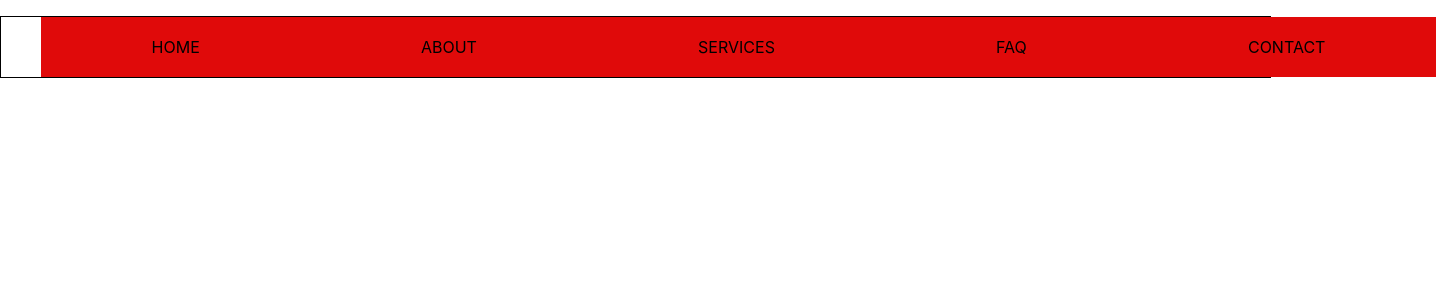
Repository: sriram1224/reactas1.github.io
Page: /
These files come from the project's save history. The page is drawn as it stood at one moment and after the next save; the edit follows.
The browser window is 1280 px wide. The page is 1436 px wide, then 1313 px, so the pictures cover 1436 px, including what lies to the right of the window. The pictures show the whole page.
The project was rebuilt for these pictures with package versions that can differ from the ones it lists, and the page was loaded fresh each time.

Above is the page before, as saved 2024-03-05 06:58:46.

After the next save:
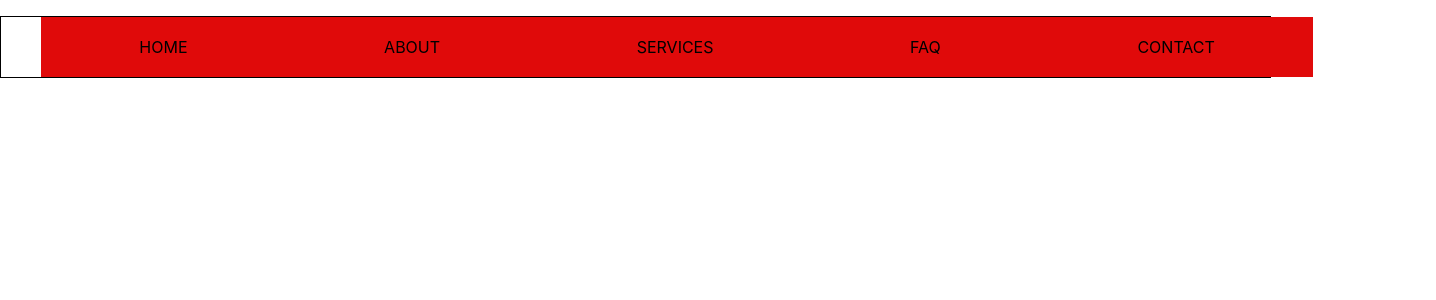
Saved 27 s later.
--- a/src/Components/Nav.css
+++ b/src/Components/Nav.css
@@ -15,7 +15,7 @@
     border: 1px solid #000;
 }
 .Nav ul li{
-    padding: 20px 9%;
+    padding: 20px 8%;
 
     background-color: rgb(224, 10, 10);
     text-align: center;
